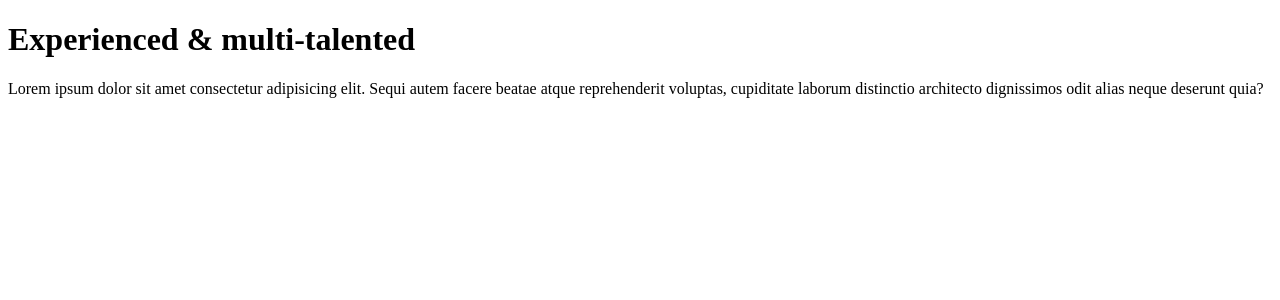
Repository: MohmdMHR/limesharp-test
Page: /
An editor plug-in stored every save of this project. The page is shown before and after a run of saves, followed by the edit.
The browser window is 1280 px wide. The pictures show the whole page.
The project was rebuilt for these pictures with package versions that can differ from the ones it lists, and the page was loaded fresh each time. Also part of the build but not shown: vue.config.js, src/components/card.vue.

Above is the page before, as saved 2022-07-20 17:34:15.

### src/main.js
import Vue from "vue";
import Main from "./Main.vue";

Vue.config.productionTip = false;

new Vue({
  render: (h) => h(Main),
}).$mount("#app");

### src/Main.vue
<template>
  <div class="container">
    <h1 class="main-title">Experienced & multi-talented</h1>
    <div class="spacer"></div>
    <div class="main-content">
      Lorem ipsum dolor sit amet consectetur adipisicing elit. Sequi autem
      facere beatae atque reprehenderit voluptas, cupiditate laborum distinctio
      architecto dignissimos odit alias neque deserunt quia?
    </div>
    <div class="cards-container">
      <card
        v-for="(card, index) in numberOfCards"
        :key="index"
        :title="block"
      ></card>
    </div>
  </div>
</template>

<script>
import Card from "./components/card.vue";

export default {
  name: "App",
  components: {
    Card,
  },
};
</script>

<style></style>

Loaded but not shown: public/index.html (common file)

After the next 2 saves:
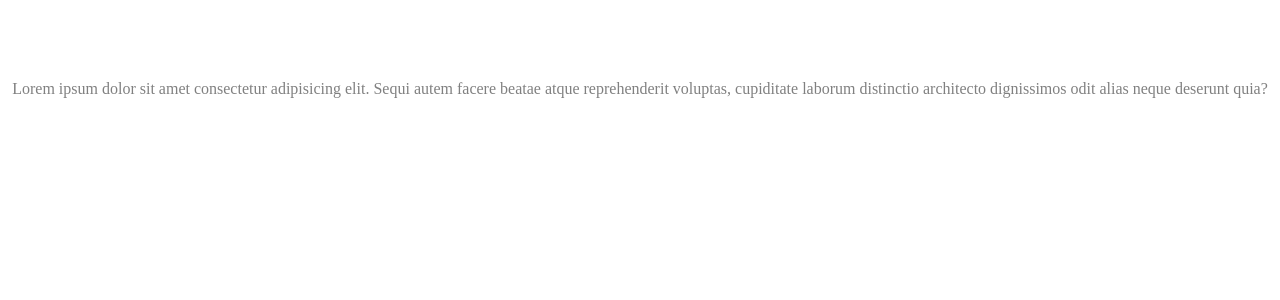
The 2 saves are shown as one change because 1 did not build or start.
The last was saved 2 min 26 s later.
--- a/src/Main.vue
+++ b/src/Main.vue
@@ -28,4 +28,20 @@ export default {
 };
 </script>
 
-<style></style>
+<style lang="scss" scoped>
+.main-title {
+  color: #fff;
+  text-align: center;
+}
+.spacer {
+}
+.main-content {
+  color: gray;
+  text-align: center;
+}
+.cards-container {
+  display: grid;
+  grid-template-columns: repeat(auto-fit, 25rem);
+  justify-content: center;
+}
+</style>
